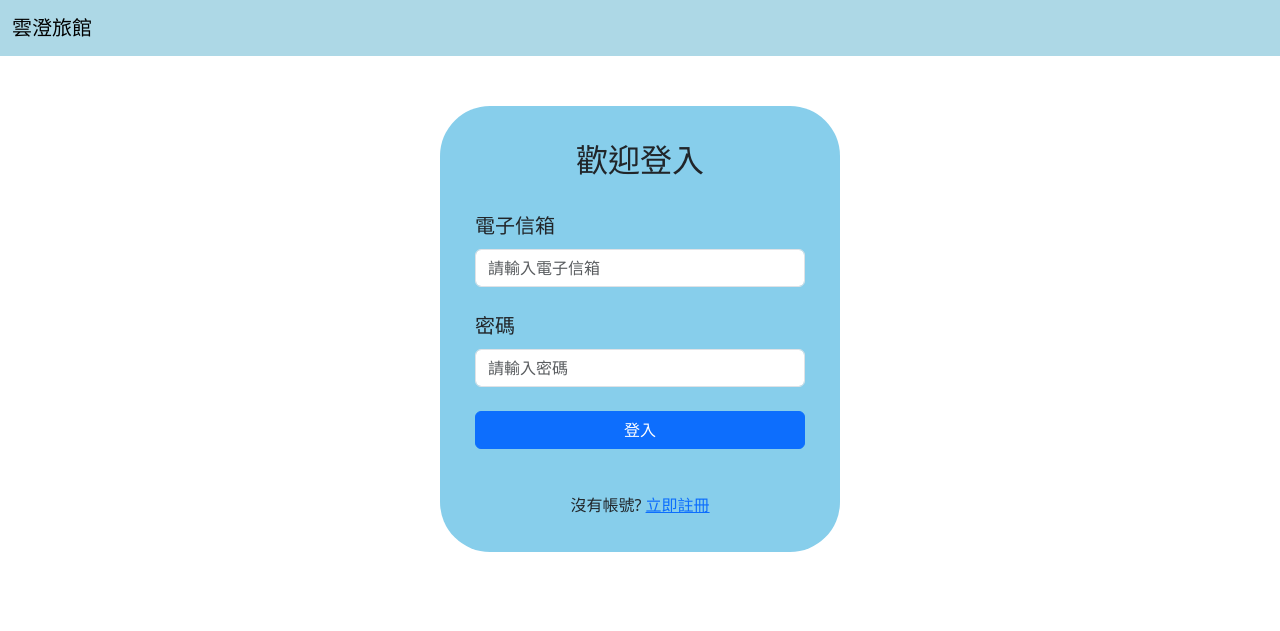
Repository: f97022/EEIT90
Page: http://localhost/CloudSerenityHotel/static/login.jsp
An editor plug-in stored every save of this project. The page is shown before and after the next save, followed by the edit.
The browser window is 1280 px wide. The pictures show the whole page.
The page is served by Tomcat 10. Nobody is signed in. The application's start-up code is not run.

Above is the page before, as saved 2024-11-24 09:55:10.

After the next save:
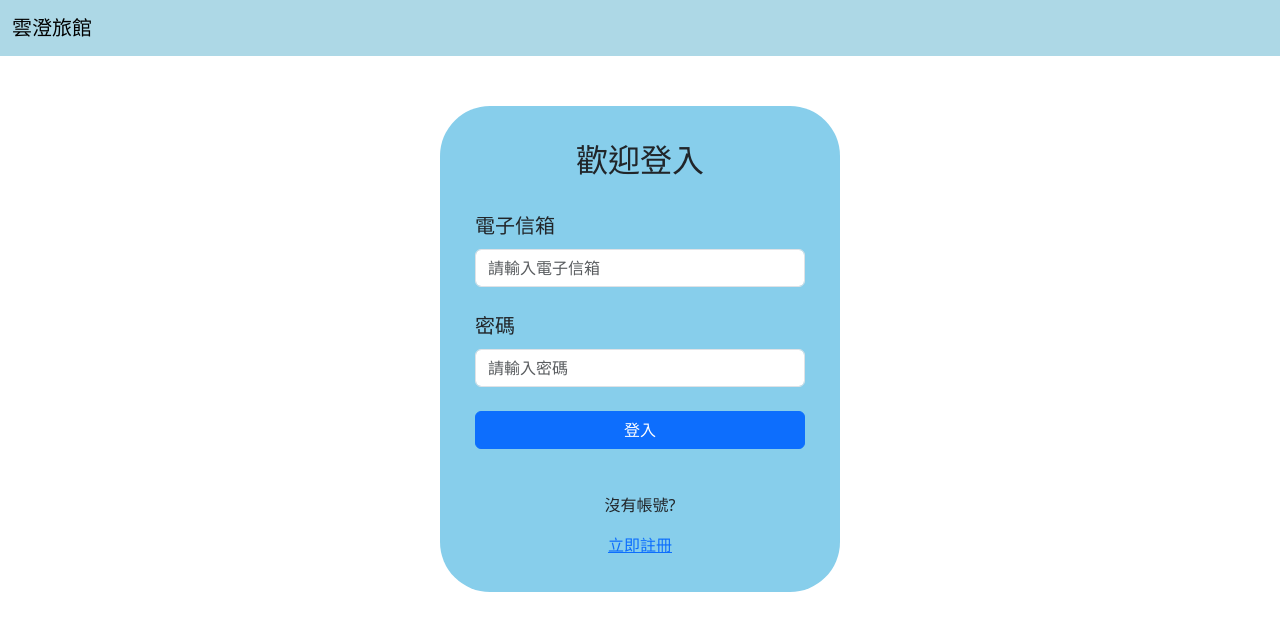
Saved 5 min 52 s later.
--- a/project/CloudSerenityHotel/src/main/webapp/static/login.jsp
+++ b/project/CloudSerenityHotel/src/main/webapp/static/login.jsp
@@ -69,7 +69,7 @@
 				%>
 			</p>
 			<center>
-				<span>沒有帳號? </span><a href="register.html">立即註冊</a>
+				<p style='text-align: center'>沒有帳號? </p><a href="register.html">立即註冊</a>
 			</center>
 		</form>
 	</div>
